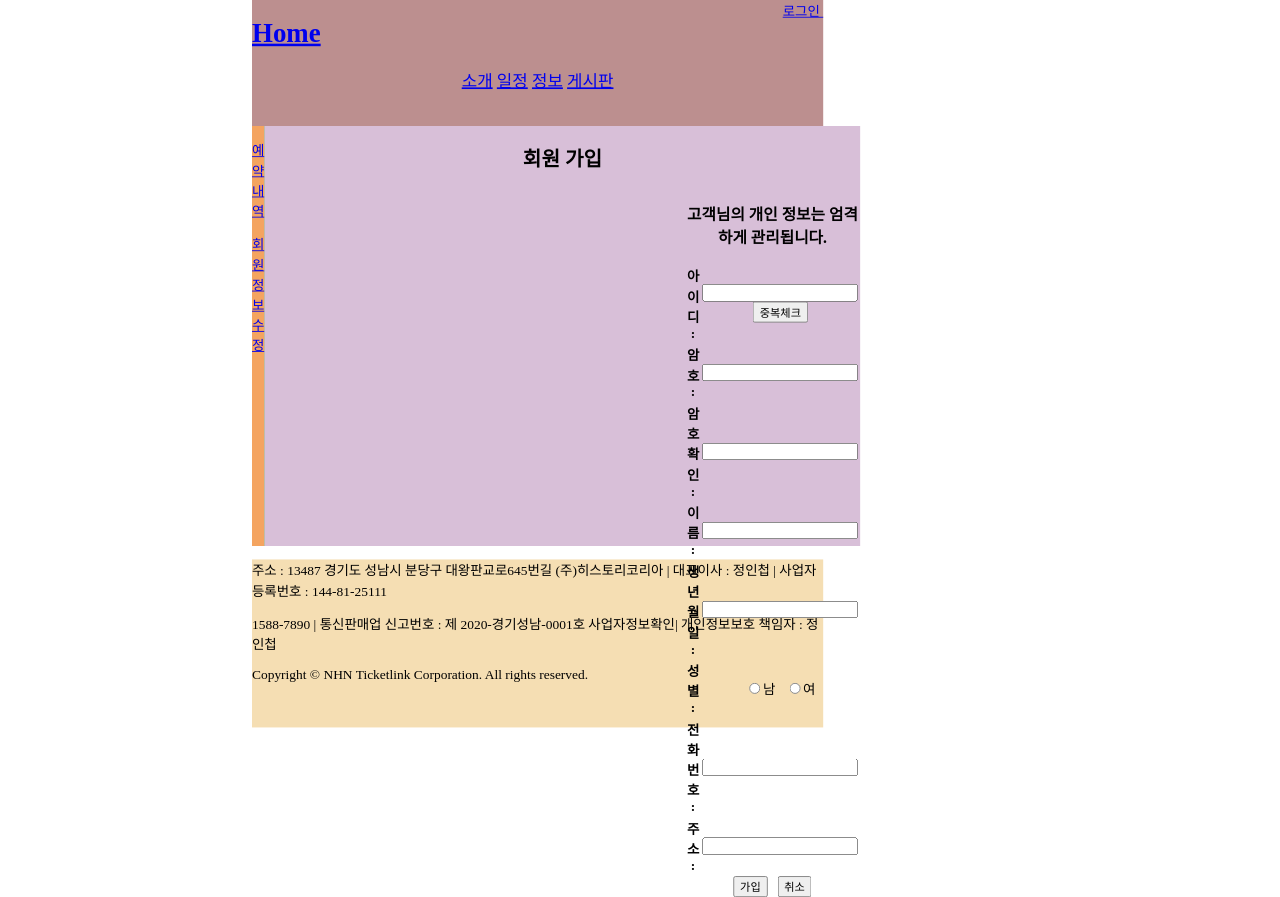
Repository: dlscjq34/JSP_historyTour
Page: http://localhost/HistoryTour/WEB-INF/views/member/joinMember.jsp
The author's editor kept a copy of each file at every save. The page is drawn from the files as they stood at one save, then again after the next save.
The browser window is 1280 px wide. The page is 1280 px wide, then 1524 px, so the pictures cover 1524 px, including what lies to the right of the window. The pictures show the whole page, at 84% of full size.
The page is served by Tomcat 9. Nobody is signed in. Other server files are loaded and not shown. The template is opened directly, without the code that normally fills it, so the values that code supplies are empty.

Above is the page before, as saved 2020-12-21 03:39:37.

### HistoryTour/WebContent/WEB-INF/views/member/joinMember.jsp
<%@ page language="java" contentType="text/html; charset=UTF-8"
    pageEncoding="UTF-8"%>
<!DOCTYPE html>
<html lang="en">
<head>
    <jsp:include page="/WEB-INF/views/include/head.jsp" />
    <link rel="stylesheet" href="css/joinMember.css">
</head>
<body>
    <!-- <header> -->
    <jsp:include page="/WEB-INF/views/include/header.jsp" />


    <!-- center = <aside> + <article> -->
    <div class="center">
        <aside>
            <p><a href="ticket.do">예약 내역</a></p>
            <p><a href="editMember.do">회원 정보 수정</a></p>
        </aside>

        <article>
            <h1>회원 가입</h1>
                <form action="joinMemberPro.do" method="post" name="frm" onsubmit="return lenCheck()">

                    <h3>고객님의 개인 정보는 엄격하게 관리됩니다.</h3>
                    <table>
	               		<tr>
	               			<th>아이디 :
	               			<td><input type="text" name="id" id="id" />
	               				<input type="button" onclick="dupCheck()" value="중복체크">
	               		</tr>
	               		<tr>
	               			<th>암호 :
	               			<td><input type="password" name="pswd1" id="pswd1" required/>
	               		</tr>
	               		<tr>
	               			<th>암호 확인 :
	               			<td><input type="password" name="pswd2" id="pswd2" required onkeyup="pwCheck()"/>
	               				<span id="pwStatus"></span>
	               		</tr>
	               		<tr>
	               			<th>이름 :
	               			<td><input type="text" name="name" id="name" required/>
	               		</tr>
	               		<tr>
	               			<th>생년월일 :
	               			<td><input type="text" name="birth" id="birth" required/>
	               		</tr>
	               		<tr>
	               			<th>성별 :
	               			<td><input type="radio" name="gender" id="man" value="1" required />남 &nbsp;
	               				<input type="radio" name="gender" id="woman" value="2" required />여
	               		</tr>
	               		<tr>
	               			<th>전화번호 :
	               			<td><input type="text" name="tel" id="tel" required>
	               		</tr>
	               		<tr>
	               			<th>주소 :
	               			<td><input type="text" name="address" id="address" required>
	               		</tr>
               		</table>
                <input type="submit" name="enroll" class="enroll" value="가입"> &nbsp;
                <input type="reset" value="취소">
                </form>
        </article>
    </div>


    <!-- <footer> -->
    <jsp:include page="/WEB-INF/views/include/footer.jsp" />

</body>

<script>
	function dupCheck() {
		let id = document.frm.id.value;
		if(id == '') {
			alert("아이디를 입력하세요");
			document.frm.id.focus();
			return;
		}
		window.open('joinCheck.do?id='+id, 'joinCheck', 'width=600, height=300');
	}

	function lenCheck() {
		let id = document.frm.id.value.trim();

		if(!(id.length >= 3 && id.length <=12)) {
			alert("아이디는 3에서 12글자만 입력 가능합니다.");
			document.frm.id.select();
			return false;
		}
	}

	function pwCheck() {
		pw1 = document.frm.pswd1.value;
		pw2 = document.frm.pswd2.value;
		pwStatus = document.getElementById("pwStatus");

		if(pw1 == pw2) {
			pwStatus.innerHTML = "패스워드 확인";
			pwStatus.style.color = "blue"
		}
		else {
			pwStatus.innerHTML = "패스워드 틀림";
			pwStatus.style.color = "red"
		}
	}

/* 	<tr>
		<th>암호 :
		<td><input type="password" name="pswd1" id="pswd1" required/>
	</tr>
	<tr>
		<th>암호 확인 :
		<td><input type="password" name="pswd2" id="pswd2" required onkeyup="pwCheck()"/>
			<span class="pwStatus"></span>
	</tr> */
</script>

</html>

### HistoryTour/WebContent/WEB-INF/views/include/head.jsp
<%@ page language="java" contentType="text/html; charset=UTF-8"
    pageEncoding="UTF-8"%>
<meta charset="UTF-8">
<meta name="viewport" content="width=device-width, initial-scale=1.0">
<title>Document</title>
<link rel="stylesheet" href="css/common.css">

### HistoryTour/WebContent/WEB-INF/views/include/header.jsp
<%@ page language="java" contentType="text/html; charset=UTF-8"
    pageEncoding="UTF-8"%>
<%@ taglib prefix="c" uri="http://java.sun.com/jsp/jstl/core" %>
<%
	//쿠키에 아이디가 있으면 세션으로 빼온다.
	Cookie[] cookies = request.getCookies();

	if (cookies != null) {
		for(Cookie cookie : cookies) {
			if(cookie.getName().equals("id")) {
				String id = cookie.getValue();
				session.setAttribute("id", id);
			}
		}
	}

	String id = (String)session.getAttribute("id");
%>

<header>
    <div class="home-line">
        <h1><a href="index.do">Home</a></h1>
        <!-- 세션으로 빼온 아이디가 있으면 -->
<%
			if (id != null) {
%>
        		${ id } 님 반갑습니다.&nbsp;
        		<a href="myPage.do">마이페이지</a>&nbsp;
        		<a href="logoutPro.do">로그아웃</a>
<%
			} else {
%>
        	<!-- 세션으로 빼온 아이디가 없으면 -->
        		 <a href="login.do">로그인&nbsp;</a>
<%
			}
%>

    </div>
    <div class="menu">
        <a href="intro.do">소개</a>
        <a href="schedule.do">일정</a>
        <a href="information.do">정보</a>
        <a href="board.do">게시판</a>
    </div>
</header>

### HistoryTour/WebContent/WEB-INF/views/include/footer.jsp
<%@ page language="java" contentType="text/html; charset=UTF-8"
    pageEncoding="UTF-8"%>
<footer>
    <p>주소 : 13487 경기도 성남시 분당구 대왕판교로645번길 (주)히스토리코리아 | 대표이사 : 정인첩 | 사업자등록번호 : 144-81-25111</p>
    <p>1588-7890 |  통신판매업 신고번호 : 제 2020-경기성남-0001호 사업자정보확인| 개인정보보호 책임자 : 정인첩</p>
    <p>Copyright © NHN Ticketlink Corporation. All rights reserved.</p>
</footer>

### HistoryTour/WebContent/css/common.css
body {
  grid-template-columns: 1fr 1fr;
  box-sizing: border-box;
  margin: 0 300px;
}

/* header ----------------------------------------------- */

header {
  background: rosybrown;
  height: 150px;
}
header .home-line {
  display: flex;
}
header .home-line h1 {
  flex: 1;
}
header .menu {
  text-align: center;
  font-size: 20px;
}

/* <aside> <article> ----------------------------------------------- */

.center {
  display: flex;
  height: 500px;
  background: turquoise;
}
.center aside {
  background: sandybrown;
  flex: 2;
}
.center article {
  background: thistle;
  flex: 8;
  text-align: center;
}


/* footer ----------------------------------------------- */

footer {
  background: wheat;
  height: 200px;
}

### HistoryTour/WebContent/css/joinMember.css

.center article form fieldset input{
  margin: 1% 0;
}
.center article form  {
  position: relative;
  margin-top: 5%;
  padding-left: 500px;
  /* width: 100px;
  font-size: 20px; */
}

After the next save:
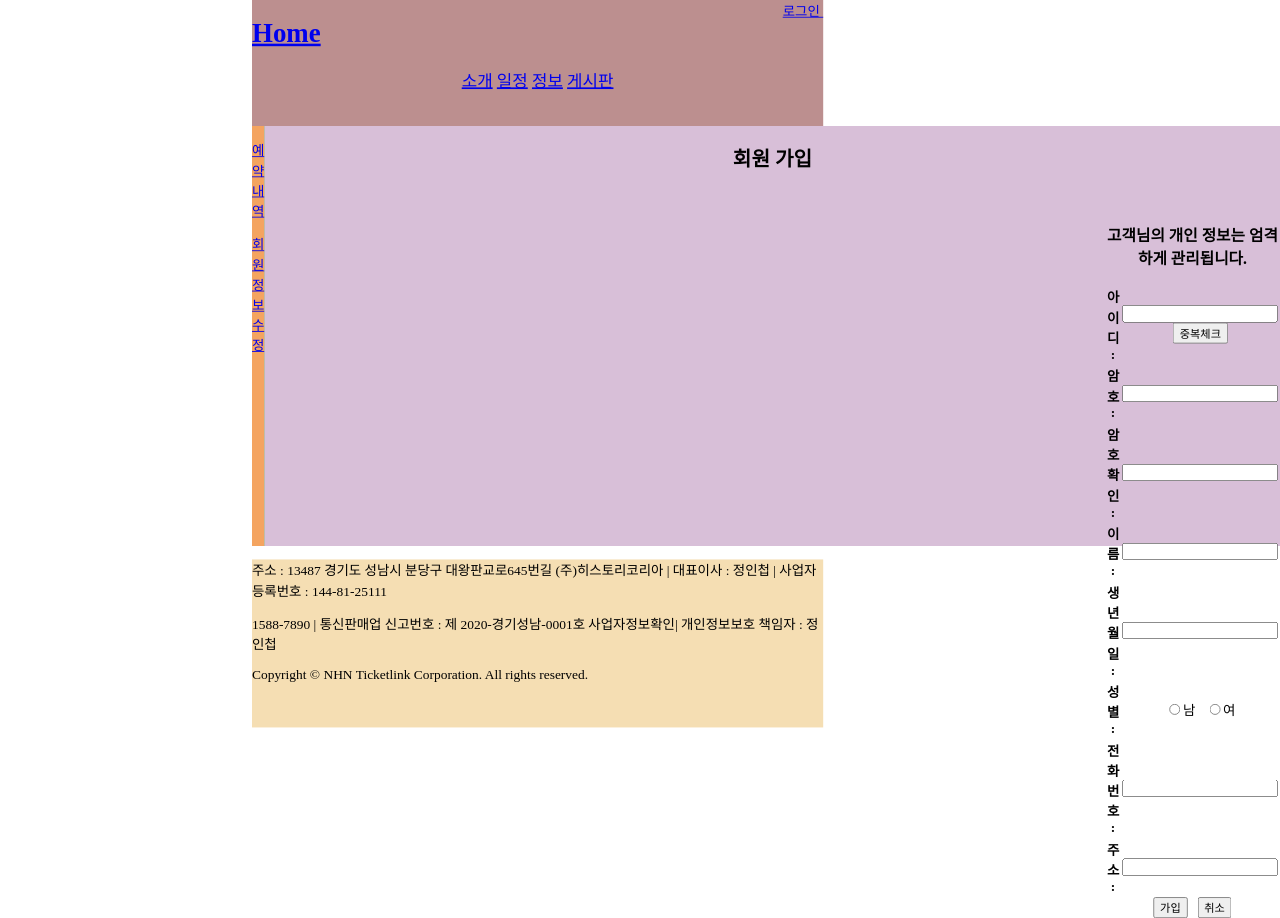
Saved 9 s later.
--- a/HistoryTour/WebContent/css/joinMember.css
+++ b/HistoryTour/WebContent/css/joinMember.css
@@ -5,7 +5,7 @@
 .center article form  {
   position: relative;
   margin-top: 5%;
-  padding-left: 500px;
+  padding-left: 1000px;
   /* width: 100px;
   font-size: 20px; */
 }
